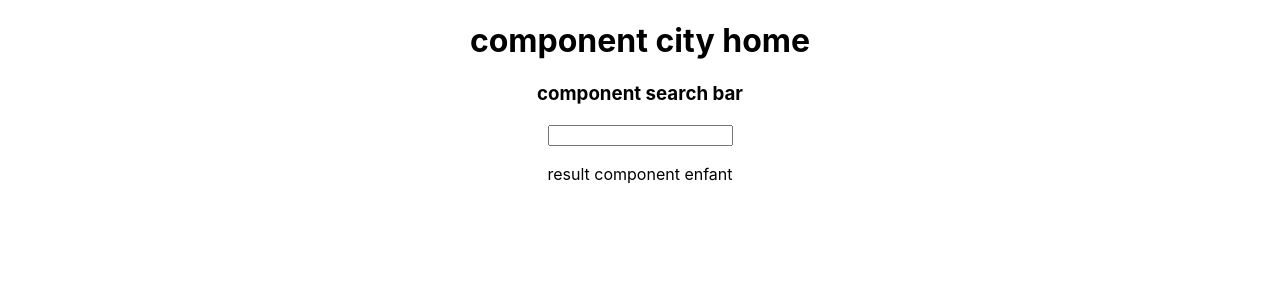
Repository: julieLyM/app-weather
Page: / (app in client/)
The author's editor kept a copy of each file at every save. The page is drawn from the files as they stood at one save, then again after the next save.
The browser window is 1280 px wide. The pictures show the whole page.
The project was rebuilt for these pictures with package versions that can differ from the ones it lists, and the page was loaded fresh each time.

Above is the page before, as saved 2020-08-28 10:31:39.

### client/src/App.js
import React from "react";
import City from "./components/City";
import "./App.css";

function App() {
  return (
    <div className="App">
      <City />
    </div>
  );
}

export default App;

### client/src/components/City.js
import React, { Component } from 'react';

import { Results } from './Results';
import { SearchBar } from './SearchBar';

import { getWeatherByCity } from '../service/data';

export default class City extends Component {
  state = {
    city: '',
    resultCity: null,
  };

  onChange = ({ target: { value: city } }) => {
    this.setState({ city });
  };

  searchCity = async () => {
    const { data } = async () => {
      await getWeatherByCity(this.state.city);
      this.setState({ resultCity: data });
    };
  };

  onKeyDown = (e) => {
    if (e.key === 'Enter') {
      this.searchCity();
    }
  };

  render() {
    const { resultCity, city } = this.state;
    return (
      <div>
        <h1>component city home</h1>
        <SearchBar onKeyDown={this.onKeyDown} onChange={this.onChange} />
        <Results city={city} resultCity={resultCity} />
      </div>
    );
  }
}

### client/src/components/Results.js
import React from 'react';

export const Results = ({ resultCity, city }) => {
  return <div><h3></h3>result component enfant

    <p></p>
  </div>;
};

### client/src/components/SearchBar.js
import React from 'react';

export const SearchBar = () => {
  return (
    <div>
      <h3>component search bar</h3>
      <input></input>
    </div>
  );
};

### client/src/service/data.js
import axios from 'axios';

export const getWeatherByCity = async (paris) => {
  return await axios.get(`api/v1/weatherCity`, { params: { q: paris } });
};

export const getWeatherForFiveDaysByCity = async (cityName) => {
  return await axios.get(`api/v1/weatherCity/forecast`, {
    params: { q: cityName },
  });
};

Loaded but not shown: client/public/index.html (common file); client/src/index.js (common file); client/src/index.css (common file); client/src/serviceWorker.js (common file); client/src/App.css (common file)

After the next save:
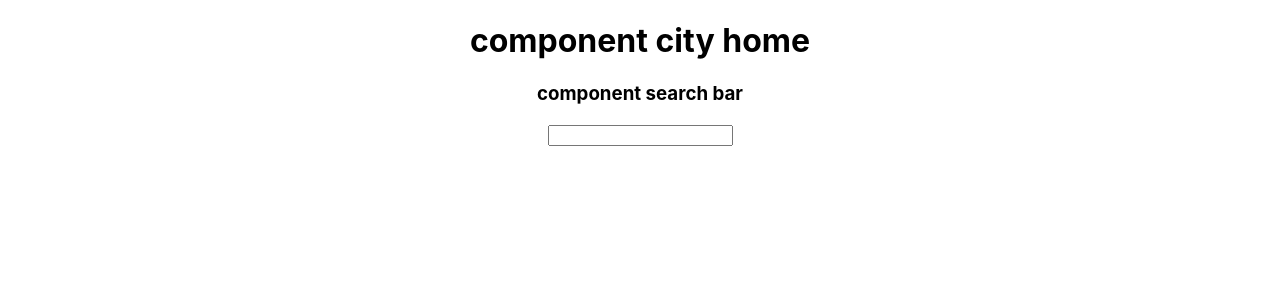
Saved 4 s later.
--- a/client/src/components/Results.js
+++ b/client/src/components/Results.js
@@ -1,7 +1,7 @@
 import React from 'react';
 
 export const Results = ({ resultCity, city }) => {
-  return <div><h3></h3>result component enfant
+  return <div><h3></h3>
 
     <p></p>
   </div>;
